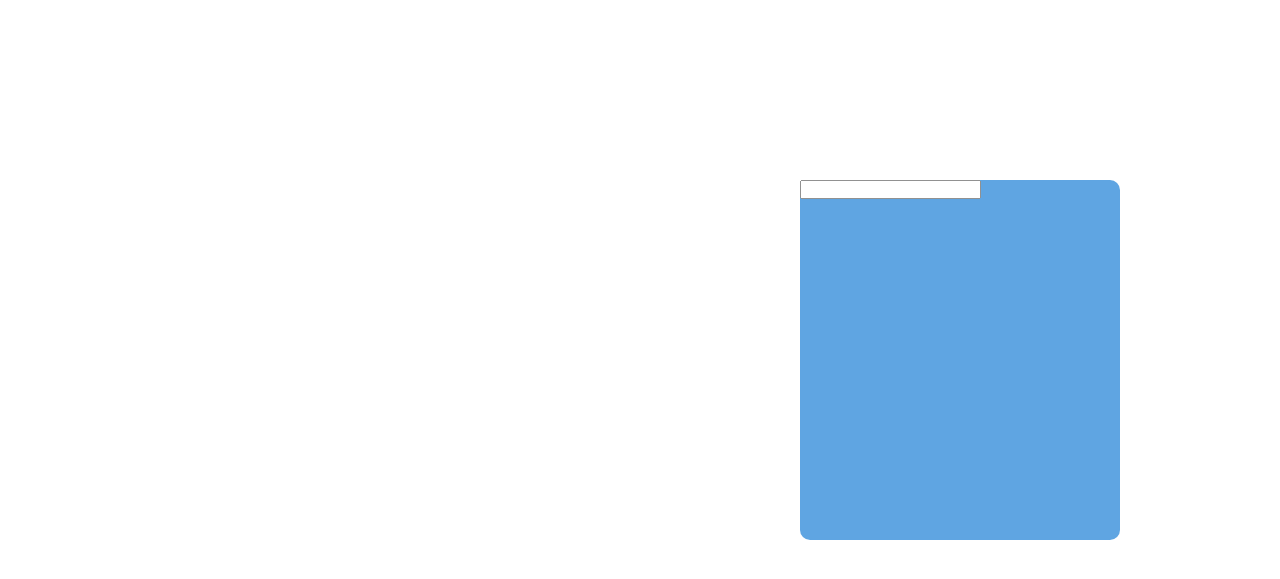
Repository: KevynMarques/Estudos-Reactjs-Firebase
Page: /
An editor plug-in stored every save of this project. The page is shown before and after a run of saves, followed by the edit.
The browser window is 1280 px wide. The pictures show the whole page.
The page's requests for data from a server got no answer. The project was rebuilt for these pictures with package versions that can differ from the ones it lists, and the page was loaded fresh each time. No one was signed in, and anything a server would have sent is missing. Also part of the build but not shown: src/Pages/Page2.jsx.

Above is the page before, as saved 2022-08-23 12:48:19.

### public/index.html
<!DOCTYPE html>
<html lang="pt-BR">
  <head>
    <meta charset="utf-8" />
    <link rel="icon" href="%PUBLIC_URL%/favicon.ico" />
    <meta name="viewport" content="width=device-width, initial-scale=1" />
    <meta name="theme-color" content="#000000" />
    <meta
      name="description"
      content="Web site created using create-react-app"
    />
    <link rel="apple-touch-icon" href="%PUBLIC_URL%/logo192.png" />
    <!--
      manifest.json provides metadata used when your web app is installed on a
      user's mobile device or desktop. See https://developers.google.com/web/fundamentals/web-app-manifest/
    -->
    <link rel="manifest" href="%PUBLIC_URL%/manifest.json" />
    <!--
      Notice the use of %PUBLIC_URL% in the tags above.
      It will be replaced with the URL of the `public` folder during the build.
      Only files inside the `public` folder can be referenced from the HTML.

      Unlike "/favicon.ico" or "favicon.ico", "%PUBLIC_URL%/favicon.ico" will
      work correctly both with client-side routing and a non-root public URL.
      Learn how to configure a non-root public URL by running `npm run build`.
    -->
    <title>Squad</title>
  </head>
  <body>
    <noscript>You need to enable JavaScript to run this app.</noscript>
    <div id="root"></div>
    <!--
      This HTML file is a template.
      If you open it directly in the browser, you will see an empty page.

      You can add webfonts, meta tags, or analytics to this file.
      The build step will place the bundled scripts into the <body> tag.

      To begin the development, run `npm start` or `yarn start`.
      To create a production bundle, use `npm run build` or `yarn build`.
    -->
  </body>
</html>

### src/App.jsx
import React from "react";
import Router from "./Routers/router";
import { GlobalStyle } from "./GlobalStyle";



function App() {
  return (
    <>
    <GlobalStyle/>
      <Router/>
    </>
  );
}

export default App;

### src/Routers/router.jsx
import { BrowserRouter, Routes, Route } from "react-router-dom";
import { Page1 } from "../Pages/Page1";
import { Page2 } from "../Pages/Page2";



export default () => {
  return (
    <>
    <BrowserRouter >
    <Routes >
      <Route path="/" element={<Page1 />} />
      <Route path="/Page2" element={<Page2 />} />
    </Routes>
    </BrowserRouter>
    </>
  );
}

### src/GlobalStyle.jsx

import { createGlobalStyle } from 'styled-components';

export const GlobalStyle = createGlobalStyle`
 * {
   margin: 0;
   padding: 0;
   box-sizing: border-box;
 }
`;

### src/Pages/Page1.jsx
import React from "react";
import { Login } from "../Components/Login/index";


export const Page1 = ()=>{
   return(
    <Login />
   );
}

### src/Components/Login/index.jsx
import React from "react";
import { authConfig } from "../../Auth/config";
import { BoxHome, BoxLogin, InputEmail, User } from "./style";


export const Login =()=>{
  return (
    <BoxHome>
    <BoxLogin>
       <User for="email" />
       <InputEmail type="email" id="email" name="email" />
    </BoxLogin>
    </BoxHome>
  )
}

### src/Auth/config.jsx
import * as firebase from 'firebase/app';
import 'firebase/auth';

export const authConfig = firebase.initializeApp({
  apiKey: process.env.REACT_APP_FIREBASE_KEY,
  authDomain: process.env.REACT_APP_FIREBASE_DOMAIN,
  projectId: process.env.REACT_APP_FIREBASE_PROJECT_ID,
  storageBucket: process.env.REACT_APP_FIREBASE_STORAGE_BUCKET,
  messagingSenderId:process.env.REACT_APP_FIREBASE_SENDER_ID,
});

### src/Components/Login/style.jsx
import styled from "styled-components";

export const BoxHome = styled.div`
display: flex;
align-items: center;
justify-content: center;
`;

export const BoxLogin = styled.div`
  width: 25vw;
  height: 50vh;
  background-color: #388fdb;
  opacity: 0.8;
  border-radius: 10px;
  margin-top: 25vh;
  margin-left: 50vw;
`;

export const InputEmail = styled.input`


`;

export const User = styled.label`

`;

Loaded but not shown: src/index.js (common file)

After the next 2 saves:
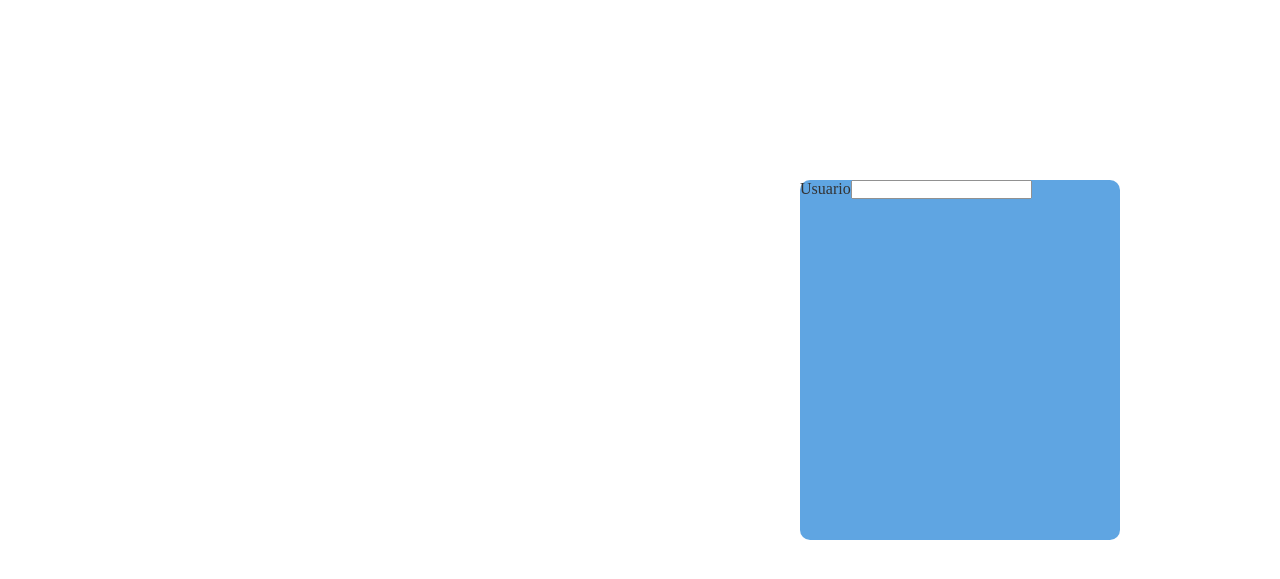
The 2 saves are shown as one change because they came seconds apart.
The last was saved 9 s later.
--- a/src/Components/Login/index.jsx
+++ b/src/Components/Login/index.jsx
@@ -7,7 +7,7 @@ export const Login =()=>{
   return (
     <BoxHome>
     <BoxLogin>
-       <User for="email" />
+       <User for="email">Usuario</User>
        <InputEmail type="email" id="email" name="email" />
     </BoxLogin>
     </BoxHome>
